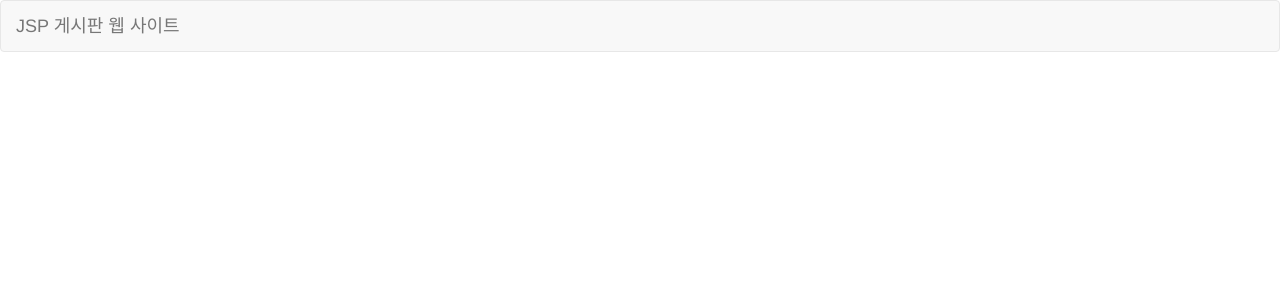
Repository: OpenSourceDevelopmentProject/EscapeYoutubeAlgorithm
Page: http://localhost/BBS/login.jsp
An editor plug-in stored every save of this project. The page is shown before and after the next save, followed by the edit.
The browser window is 1280 px wide. The pictures show the whole page.
Some web libraries are served in a nearby version. The page is served by Tomcat 9.

Above is the page before, as saved 2021-11-25 14:27:29.

After the next save:
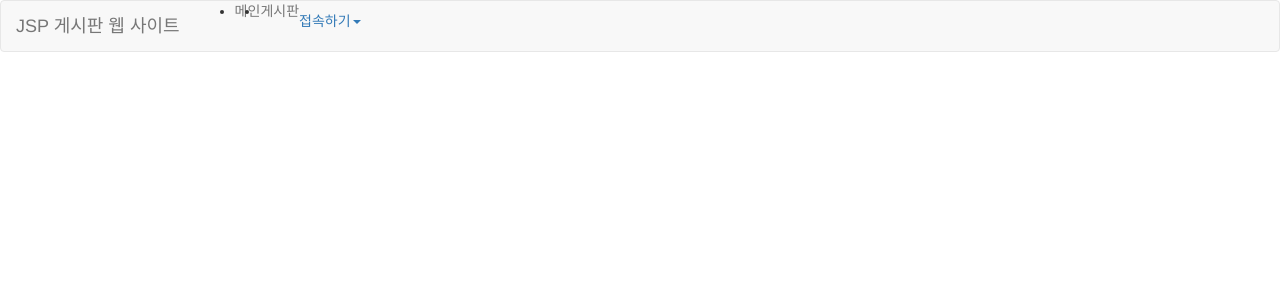
Saved 4 min 14 s later.
--- a/projects/BBS/src/main/webapp/login.jsp
+++ b/projects/BBS/src/main/webapp/login.jsp
@@ -10,6 +10,8 @@
 </head>
 <body>
 	<nav class="navbar navbar-default">
+
+	<!-- 사이트 헤더부분 -->
 		<div claass="navbar-header">
 			<button type="button" class="navbar-toggle collapsed"
 				data-toggle="collapse" data-target="#bs-example-navbar-collapse-1"
@@ -21,6 +23,20 @@
 			<a class="navbar-brand" href="main.jsp">JSP 게시판 웹 사이트</a>
 		</div>
 
+	<!--  -->
+	<div class="collapse navbar-collapse" id="bs-example-navbar-collapse-1">
+		<ul class ="nv navbar-nav">
+			<li><a href="main.jsp">메인</a></li>
+			<li><a href="bbs.jsp">게시판</a></li>
+		</ul>
+		<ul class="nav navbar-nva navbaar-right">
+			<li claass="dropdown">
+				<a href="#" class="dropdown-toggle" data-toggle="dropdown" rold="button" aria-haspopup="true"
+				aria-expanded="false">접속하기<span class="caret"></span></a>
+			</li>
+		</ul>
+	</div>
+
 	</nav>
 	<script src = "https://code.jquery.com/jquery-3.1.1.min.js"></script>
 	<script src="js/bootstrap.js"></script>
